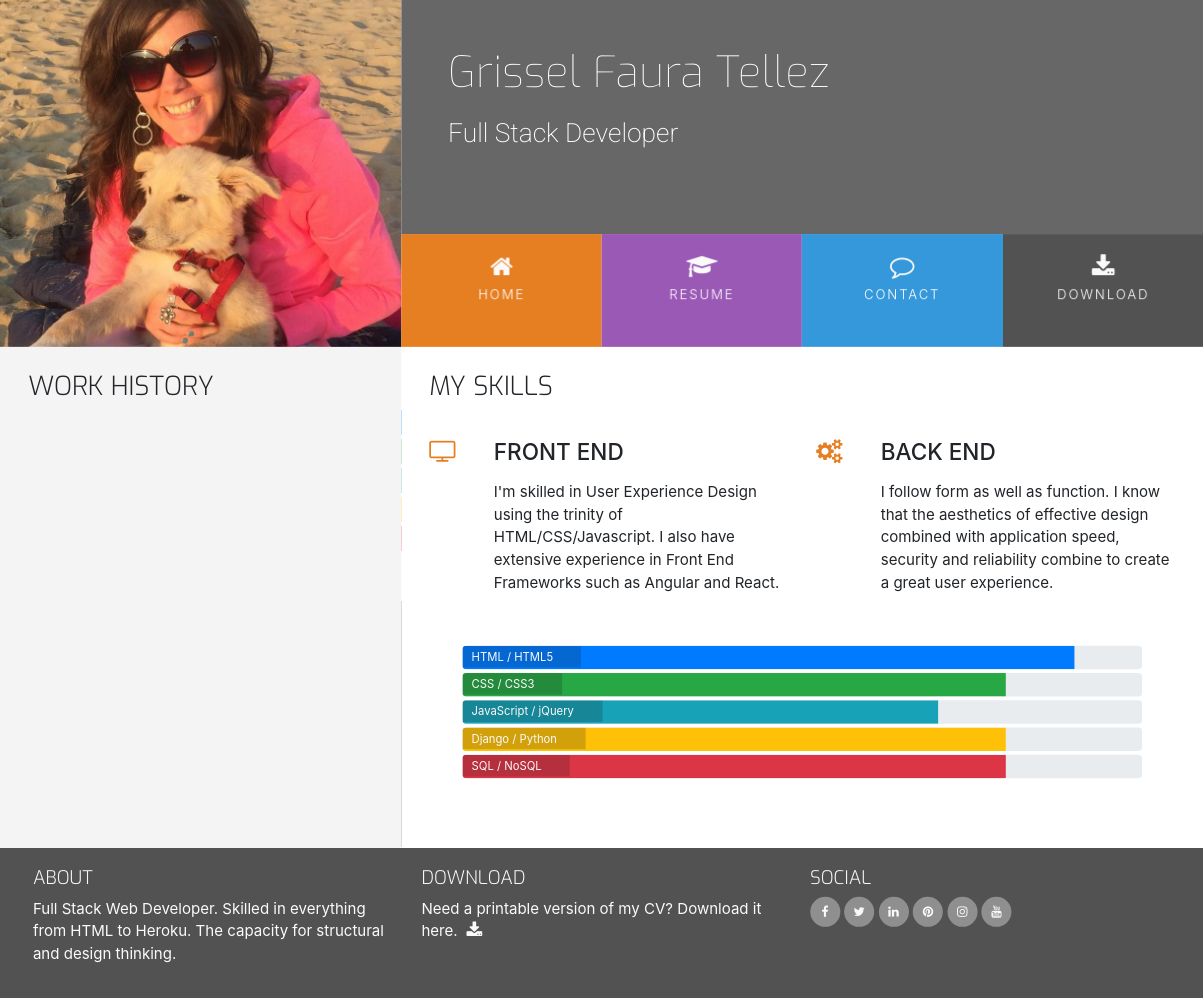
Repository: grisselfaura/Resume-Project-Introduction
Page: resume.html
The author's editor kept a record of every edit. The page is drawn from the files as they stood at one moment, then again after the next edit.
The browser window is 1280 px wide. The pictures show the whole page, at 94% of full size.

Above is the page before.

### resume.html
<!DOCTYPE html>
<html lang="en">
<head>
    <meta charset="UTF-8">
    <meta name="viewport" content="width=device-width, initial-scale=1.0">
    <meta http-equiv="X-UA-Compatible" content="ie=edge">
    <link rel="stylesheet" href="https://stackpath.bootstrapcdn.com/bootstrap/4.3.1/css/bootstrap.min.css" type="text/css" />
    <link rel="stylesheet" href="https://stackpath.bootstrapcdn.com/font-awesome/4.7.0/css/font-awesome.min.css" type="text/css" />
    <link rel="stylesheet" href="https://cdnjs.cloudflare.com/ajax/libs/hover.css/2.3.1/css/hover-min.css" type="text/css" />
    <link rel="stylesheet" href="assets/CSS/style.css" type="text/css" />
    <title>Grissel</title>
</head>
<body>
    <header>
       <div class="row no-gutters">
           <a class="col-md-4 logo" href="index.html"></a>
           <div class="col-md-8">
               <div class="row no-gutters bg-color-name-title">
                   <div class="col heading">
                       <h1 class="name">Grissel Faura Tellez</h1>
                       <h2 class="title">Full Stack Developer</h2>
                    </div>
               </div>
               <div class="row no-gutters">
                   <div class="col">
                       <ul id="nav" class="list-inline menucontainer">
                           <li class="col-6 col-sm-3 ui-menu-color-home list-inline-item menuitem">
                               <a href="#" class="hvr-sweep-to-bottom"><i class="fa fa-home" aria-hidden="true"></i><span>Home</span></a>
                           </li>
                           <li class="col-6 col-sm-3 ui-menu-color-resume list-inline-item menuitem">
                               <a href="#" class="hvr-sweep-to-bottom"><i class="fa fa-graduation-cap" aria-hidden="true"></i><span>Resume</span></a>
                           </li>
                           <li class="col-6 col-sm-3 ui-menu-color-contact list-inline-item menuitem">
                               <a href="#" class="hvr-sweep-to-bottom"><i class="fa fa-comment-o" aria-hidden="true"></i><span>Contact</span></a>
                           </li>
                           <li class="col-6 col-sm-3 ui-menu-color-download list-inline-item menuitem">
                               <a href="#" class="hvr-sweep-to-bottom"><i class="fa fa-download" aria-hidden="true"></i><span>Download</span></a>
                           </li>
                       </ul>
                   </div>
               </div>
           </div>
       </div>
    </header>
    <section class="container-fluid">
        <div class="row">
            <div class="col-md-4 bg-color-personal-info section-column">
                <div class="row">
                    <div class="col-12">
                        <h3 class="section-heading uppercase">Work History</h3>
                    </div>
                </div>
            </div>
            <div class="col-md-8 bg-color-three-reasons section-column">
                <div class="row">
                    <div class="col">
                        <h3 class="section-heading uppercase">My Skills</h3>
                    </div>
                </div>
                <div class="row">
                    <div class="col-10 offset-1 offset-sm-0 col-sm-4 col-md-6">
                        <div class="row">
                            <div class="col-2">
                                <i class="three-reasons-icon fa fa-tv" aria-hidden="true"></i>
                            </div>
                            <div class="col-10">
                                <h4 class="three-reasons-heading uppercase">Front End</h4>
                                <p>
                                    I'm skilled in User Experience Design using the trinity of HTML/CSS/Javascript. I also have extensive experience in Front End Frameworks such as Angular and React.
                                </p>
                            </div>
                        </div>
                    </div>
                    <div class="col-10 offset-1 offset-sm-0 col-sm-4 col-md-6">
                        <div class="row">
                            <div class="col-2">
                                <i class="three-reasons-icon fa fa-gears" aria-hidden="true"></i>
                            </div>
                            <div class="col-10">
                                <h4 class="three-reasons-heading uppercase">Back End</h4>
                                <p>
                                    I follow form as well as function. I know that the aesthetics of effective design combined with application speed, security and reliability combine to create a great user experience.
                                </p>
                            </div>
                        </div>
                    </div>
                </div>
                <div class="row progress-section">
                    <div class="col">
                        <div class="progress">
                            <div class="progress-bar" role="progressbar" aria-valuenow="90" aria-valuemin="0" aria-valuemax="100" style="width:90%;">
                                <span class="sr-only">90% complete</span>
                            </div>
                            <span class="progress-type">HTML / HTML5</span>
                        </div>
                        <div class="progress">
                            <div class="progress-bar bg-success" role="progressbar" aria-valuenow="80" aria-valuemin="0" aria-valuemax="100" style="width:80%;">
                                <span class="sr-only">80% complete</span>
                            </div>
                            <span class="progress-type">CSS / CSS3</span>
                        </div>
                        <div class="progress">
                            <div class="progress-bar bg-info" role="progressbar" aria-valuenow="70" aria-valuemin="0" aria-valuemax="100" style="width:70%;">
                                <span class="sr-only">70% complete</span>
                            </div>
                            <span class="progress-type">JavaScript / jQuery</span>
                        </div>
                        <div class="progress">
                            <div class="progress-bar bg-warning" role="progressbar" aria-valuenow="80" aria-valuemin="0" aria-valuemax="100" style="width:80%;">
                                <span class="sr-only">80% complete</span>
                            </div>
                            <span class="progress-type">Django / Python</span>
                        </div>
                         <div class="progress">
                            <div class="progress-bar bg-danger" role="progressbar" aria-valuenow="80" aria-valuemin="0" aria-valuemax="100" style="width:80%;">
                                <span class="sr-only">80% complete</span>
                            </div>
                            <span class="progress-type">SQL / NoSQL</span>
                        </div>
                    </div>
                </div>
            </div>
        </div>
 </section>
    <footer class="container-fluid">
        <div id="footer-details" class="row">
            <div class="col-sm-4">
                <h5 class="uppercase general-sub">About</h5>
                <p class ="inline-block">
                Full Stack Web Developer. Skilled in everything from HTML to Heroku. The capacity for structural and design thinking.</p>
            </div>
            <div class="col-sm-4">
                <h5 class="uppercase general-sub">Download</h5>
                <p class ="inline-block">
                Need a printable version of my CV? Download it here.
                    <a href="#" target="_blank" class="cv-pdf">
                        <i class="fa fa-download" aria-hidden="true"></i>
                        <span class="sr-only">Download link again.</span>
                    </a>
                </p>
             </div>
            <div class="col-sm-4">
                <h5 class="uppercase general-sub">Social</h5>
                <ul class="list-inline social-links">
                    <li class="list-inline-item">
                        <a target="_blank" href="#">
                            <i class="fa fa-facebook" aria-hidden="true"></i>
                            <span class="sr-only">Facebook</span>
                        </a>
                    </li>
                    <li class="list-inline-item">
                        <a target="_blank" href="#">
                            <i class="fa fa-twitter" aria-hidden="true"></i>
                            <span class="sr-only">Twitter</span>
                        </a>
                    </li>
                     <li class="list-inline-item">
                        <a target="_blank" href="#">
                            <i class="fa fa-linkedin" aria-hidden="true"></i>
                            <span class="sr-only">LinkedIn</span>
                        </a>
                    </li>
                    <li class="list-inline-item">
                        <a target="_blank" href="#">
                            <i class="fa fa-pinterest" aria-hidden="true"></i>
                            <span class="sr-only">Pinterest</span>
                        </a>
                    </li>
                    <li class="list-inline-item">
                        <a target="_blank" href="#">
                            <i class="fa fa-instagram" aria-hidden="true"></i>
                            <span class="sr-only">Instagram</span>
                        </a>
                    </li>
                    <li class="list-inline-item">
                        <a target="_blank" href="#">
                            <i class="fa fa-youtube" aria-hidden="true"></i>
                            <span class="sr-only">Youtube</span>
                        </a>
                    </li>
                </ul>
            </div>
        </div>
    </footer>
</body>
</html>

### assets/CSS/style.css
@import url('https://fonts.googleapis.com/css?family=Roboto:100,200,300,400,500,600,700|Exo:100,200,300,400,500,600,700');

/*---------------------------------Colours*/

.bg-color-name-title {
    background-color: #676767;
}

.bg-color-three-reasons {
    background-color: #fff;
}

.bg-color-personal-info {
    background-color: #f4f4f4;
}

.ui-menu-color-home {
     background-color: #e67e22;
}

.ui-menu-color-resume {
     background-color: #9b59b6;
}

.ui-menu-color-contact {
     background-color: #3498db;
}

.ui-menu-color-download {
     background-color: #525252;
}
/*---------------------------------Special paddings/margins/text*/

h1,
h2,
h3,
h4 {
    margin: 0;
}

.uppercase {
   text-transform: uppercase;
}

.general-sub {
    font-family: "Exo", sans-serif;
    font-weight: 300;
    color: #fafafa;
}

.inline-block {
    display: inline-block;
}

.row-table {
    display: table;
}

.section-column {
    display: table-cell;
    padding: 0 30px 30px;
    float: none;
}

.section-heading {
    font-family: "Exo", sans-serif;
    font-weight: 300;
    margin-top: 25px;
    margin-bottom: 40px;
}

/*---------------------------------Heading*/
header {
    margin: 0;
}

.heading {
    margin-left: 50px;
}

.logo {
    background: url("../images/gri.jpg");
    background-position: center;
    background-repeat: no-repeat;
    background-size: cover;
    min-height: 360px;
    transition: all .5s ease-in-out;
    -moz-transition: all .5s ease-in-out;
    -webkit-transition: all .5s ease-in-out;
}

.name {
    font-family: "Exo", sans-serif;
    font-weight: 100;
    font-size: 46px;
    margin-top: 50px;
    color: #ffffff;
}

.title {
    font-family: "Roboto", sans-serif;
    font-weight: 200;
    font-size: 28px;
    margin-top: 20px;
    margin-bottom: 90px;
    color: #ffffff;
}
.list-inline-item:not(:last-child) {
    margin-right: 0;
}
.menucontainer {
    font-size: 0;
}

#nav {
    margin: 0
}

#nav li {
    font-size: 14px;
    padding: 0;
}

.menuitem {
    height: 120px;
    text-align: center;
    padding: 0;
}

.menuitem a {
    width: 100%;
    text-decoration: none;
    color: #fff;
    height: 120px;
}

.menuitem a i {
    padding-top: 22px;
    display: block;
    color: #fafafa;
    font-size: 26px;
}

.menuitem span {
    display: block;
    width: 100%;
    padding-top: 5px;
    text-align: center;
    text-transform: uppercase;
    font-size: 14px;
    font-weight: 300;
    letter-spacing: 2px;
}

/*---------------------------------Hover.css*/
.hvr-sweep-to-bottom:before {
    background: rgba(0,0,0,0.2);
    height: 120px;
}

/*---------------------------------Footer*/

footer {
    background-color: #525252;
    color: #fafafa;
    min-height: 120px;
    margin: 0;
}

.cv-pdf i {
  font-size: 18px;
  color: #fafafa;
  text-align: center;
  padding-left: 5px;
  transition: all 0.35s ease-in-out;
  -moz-transition: all 0.35s ease-in-out;
  -webkit-transition: all 0.35s ease-in-out;
  -o-transition: all 0.35s ease-in-out;
}

.cv-pdf i:hover {
  color: #e84610;
}

.social-links {
    padding-bottom: 15px;
}

.social-links li a i {
    width: 32px;
    height: 32px;
    padding: 12px 0;
    border-radius: 50%;
    font-size: 13px;
    line-height: 7px;
    text-align: center;
    color: #fafafa;
    background: #8f8f8f;
    transition: all 0.35s ease-in-out;
    -moz-transition: all 0.35s ease-in-out;
    -webkit-transition: all 0.35s ease-in-out;
    -o-transition: all 0.35s ease-in-out;
}

.social-links li a i:hover {
    background: #e84610;
}

#footer-details {
    padding: 20px;
}

/*---------------------------------Three Reasons*/

.three-reasons-icon {
    font-size: 26px;
    color: #e67e22;
}

.three-reasons-heading {
    margin-bottom: 15px;
}

/*---------------------------------Personal Info*/
.personal-info-item {
    margin-bottom: 20px;
    display: block;
    clear: both;
}

.personal-info-item .key,
.personal-info-item .value {
    padding-right: 8px;
    display: inline-block;
}

.personal-info-item .key p,
.personal-info-item .value p {
    margin: 0;
}

.personal-info-item .key {
    width: 30%;
    margin-right: 21px;
    padding-top: 2px;
    vertical-align: top;
}

.personal-info-item .key p {
    font-weight: 700;
}

.personal-info-item .value {
    position: relative;
    width: 60%;
}

/*---------------------------------Skills*/

.progress {
    position: relative;
    height: 25px;
    margin-bottom: 4px;
}

.progress-type {
    position: absolute;
    left:0px;
    font-weight: 400;
    padding: 3px 30px 2px 10px;
    color: #fafafa;
    background-color: rgba(25, 25, 25, 0.2);
}

.progress-section {
    margin: 40px 20px;

}

After the next edit:
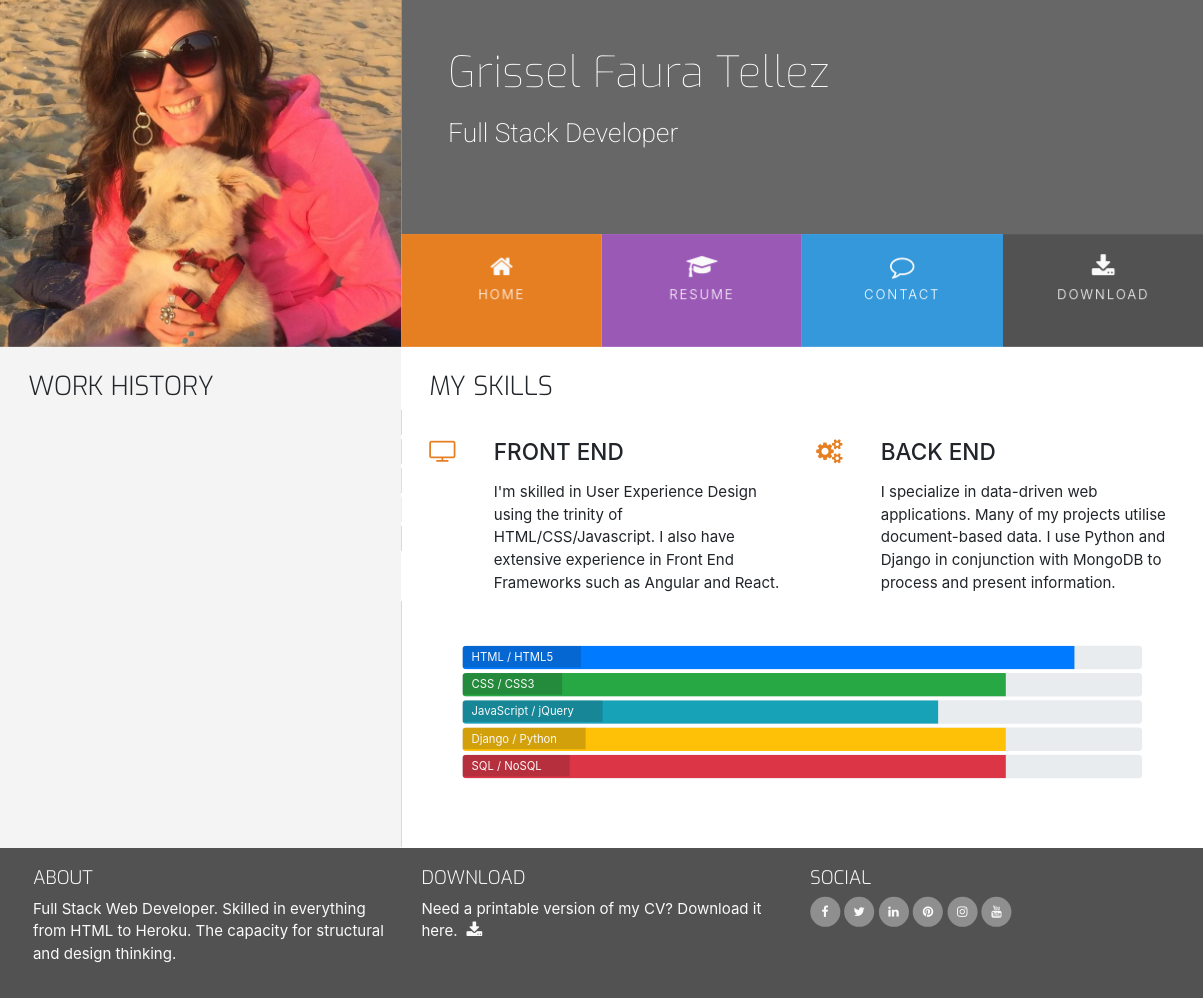
The edit:
--- a/resume.html
+++ b/resume.html
@@ -79,7 +79,7 @@
                             <div class="col-10">
                                 <h4 class="three-reasons-heading uppercase">Back End</h4>
                                 <p>
-                                    I follow form as well as function. I know that the aesthetics of effective design combined with application speed, security and reliability combine to create a great user experience.
+                                    I specialize in data-driven web applications. Many of my projects utilise document-based data. I use Python and Django in conjunction with MongoDB to process and present information.
                                 </p>
                             </div>
                         </div>
